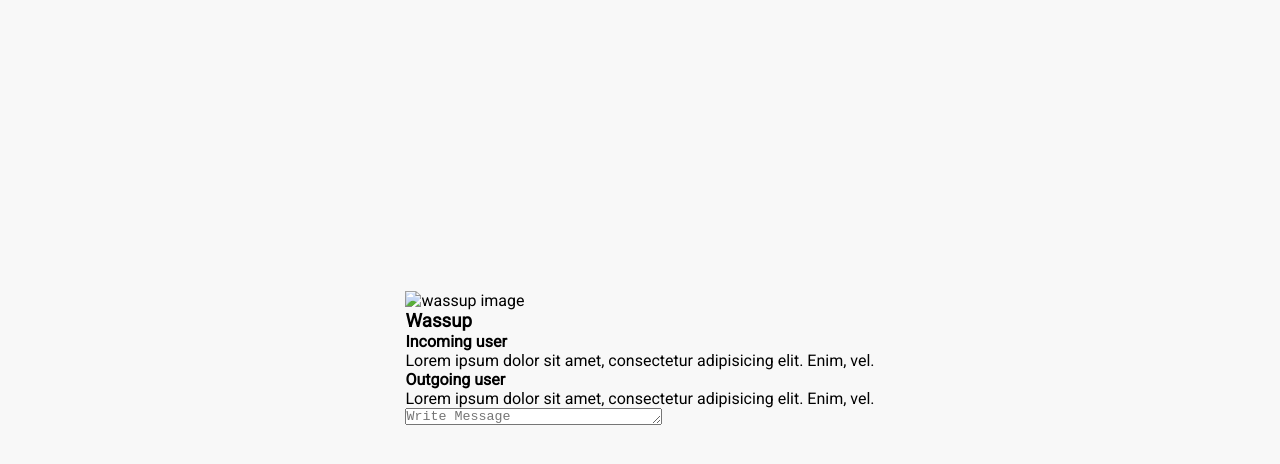
Repository: yashrajverma/Wassup-Chat-App
Page: http://localhost/
These files come from the project's save history. The page is drawn as it stood at one moment and after a run of saves; the edit follows.
The browser window is 1280 px wide. The pictures show the whole page.
The page is served by the project's Node server (server.js).

Above is the page before, as saved 2020-11-19 11:51:48.

### views/index.ejs
<!DOCTYPE html>
<html lang="en">

<head>
    <meta charset="UTF-8">
    <meta name="viewport" content="width=device-width, initial-scale=1.0">
    <title>Wassup Chat app</title>
    <link rel="stylesheet" href="style.css">
    <link rel="stylesheet" href="https://fonts.googleapis.com/css2?family=Roboto&display=swap">
</head>

<body>
    <script src="/public/client.js"></script>
    <section class="chat_section">
        <div class="brand">
            <img src="" alt="wassup image">
            <h3>Wassup</h3>
        </div>
        <div class="message_area">
            <div class="incoming_message">
                <h4>Incoming user</h4>
                <p>Lorem ipsum dolor sit amet, consectetur adipisicing elit. Enim, vel.</p>
            </div>
            <div class="outgoing_message">
                <h4>Outgoing user</h4>
                <p>Lorem ipsum dolor sit amet, consectetur adipisicing elit. Enim, vel.</p>
            </div>
        </div>
        <div>
            <textarea id="message_box" cols="30" rows="1" placeholder="Write Message"></textarea>
        </div>
    </section>
</body>

</html>

### server.js
const express = require('express');
const app = express();
const PORT = process.env.PORT || 3000;
app.set('view engine', 'ejs');
app.use('/public', express.static('public'));
app.get('/', (req, res) => {
    res.render('index');
});
app.listen(PORT);

### public/style.css
@import url('https://fonts.googleapis.com/css2?family=Roboto&display=swap');
* {
    padding: 0;
    margin: 0;
    box-sizing: border-box;
}

body {
    display: flex;
    align-items: center;
    justify-content: center;
    min-height: 100vh;
    background: #f8f8f8;
    font-family: 'Roboto', sans-serif;
}

section .chat_section {
    min-height: 90%;
    width: 800px;
    background: #fff;
}

Loaded but not shown: public/client.js (no copy from this time; the picture is the same without it)

After the next 2 saves:
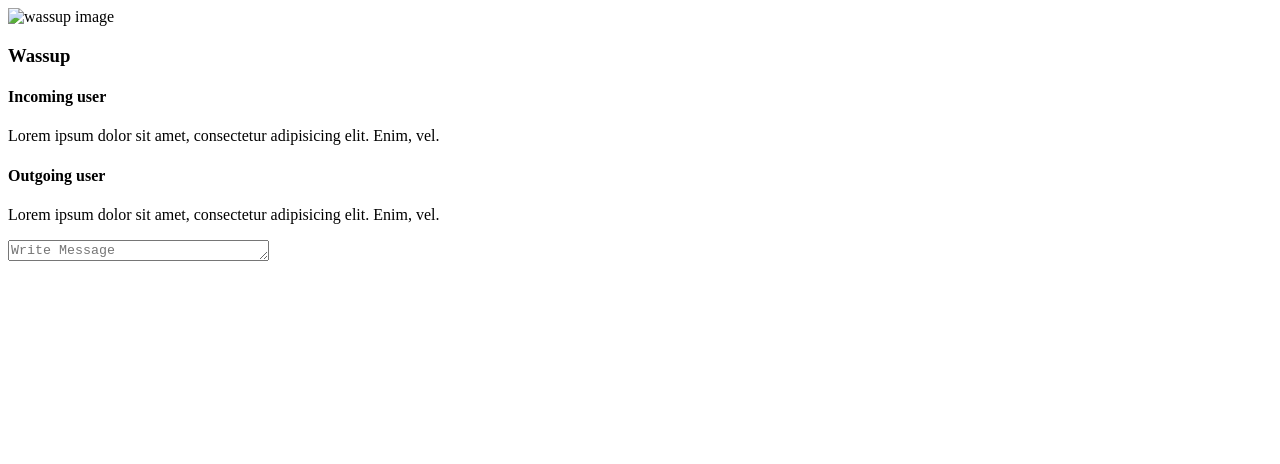
Not found: astyle.css
The 2 saves are shown as one change because they came seconds apart.
The last was saved 6 s later.
--- a/views/index.ejs
+++ b/views/index.ejs
@@ -5,7 +5,7 @@
     <meta charset="UTF-8">
     <meta name="viewport" content="width=device-width, initial-scale=1.0">
     <title>Wassup Chat app</title>
-    <link rel="stylesheet" href="style.css">
+    <link rel="stylesheet" href="astyle.css">
     <link rel="stylesheet" href="https://fonts.googleapis.com/css2?family=Roboto&display=swap">
 </head>
 

After the save that followed:
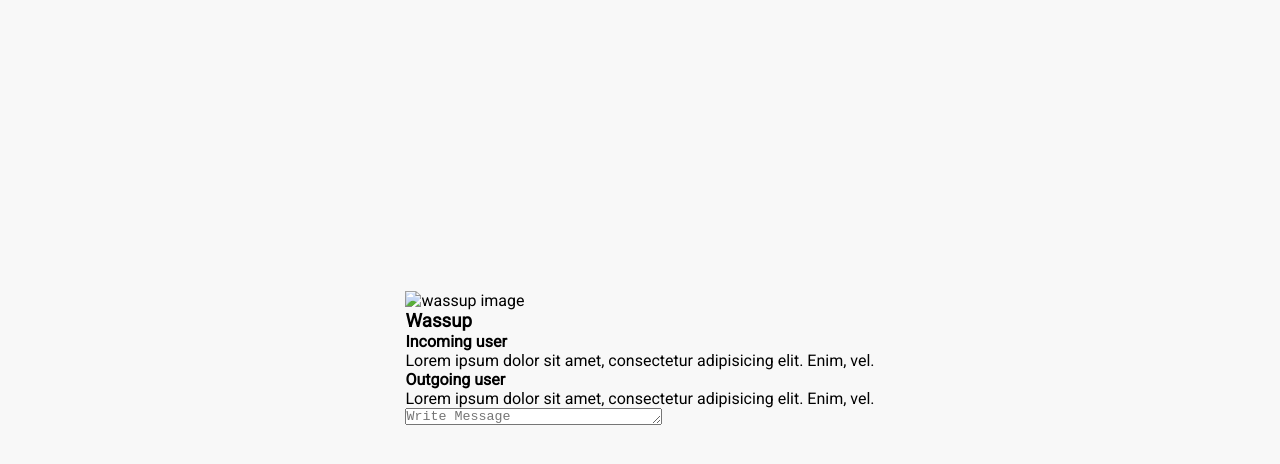
Saved 4 s later.
--- a/views/index.ejs
+++ b/views/index.ejs
@@ -5,7 +5,7 @@
     <meta charset="UTF-8">
     <meta name="viewport" content="width=device-width, initial-scale=1.0">
     <title>Wassup Chat app</title>
-    <link rel="stylesheet" href="astyle.css">
+    <link rel="stylesheet" href="/public/style.css">
     <link rel="stylesheet" href="https://fonts.googleapis.com/css2?family=Roboto&display=swap">
 </head>
 
